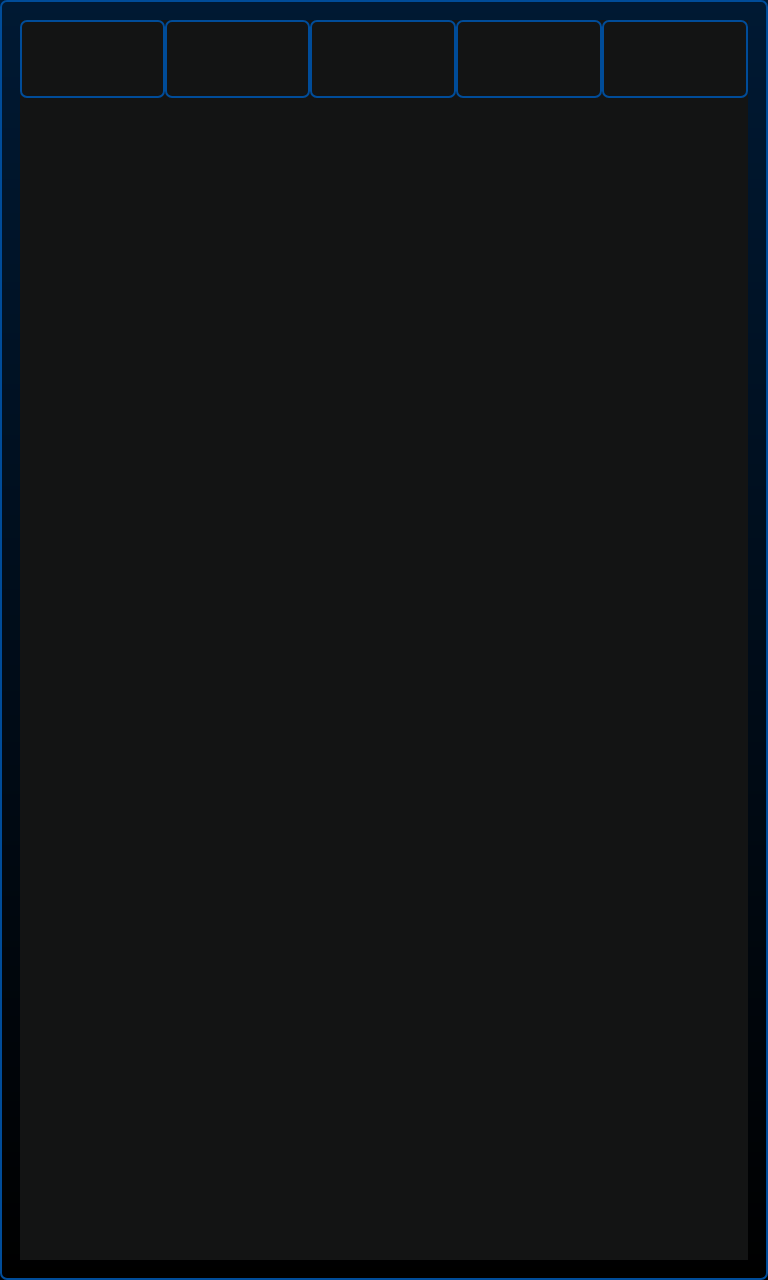
Repository: jasleen1291/B2BMobileApplication
Layout: Mobile E Commerce/B2B/res/layout/order_detail_list_view.xml
An editor plug-in stored every save of this project. The layout is shown before and after the next save, followed by the edit.
It is drawn on a 768 x 1280 px phone screen (xhdpi) without system bars, with theme mycustomtheme; the app's code is not run.

Above is the layout before, as saved 2013-05-25 23:34:18.

### Mobile E Commerce/B2B/res/layout/order_detail_list_view.xml
<?xml version="1.0" encoding="utf-8"?>
<LinearLayout xmlns:android="http://schemas.android.com/apk/res/android"
    android:layout_width="match_parent"
    android:layout_height="wrap_content"
    android:background="@drawable/textview_border"
    android:orientation="horizontal" >

    <TextView
        android:id="@+id/qty"
        android:background="@drawable/textview_border"
        android:layout_width="0dp"
        android:textIsSelectable="false"
        android:layout_height="wrap_content"
        android:layout_weight="1"
        />

    <TextView
        android:id="@+id/cost"
        android:background="@drawable/textview_border"
        android:layout_width="0dp"
        android:textIsSelectable="false"
        android:layout_height="wrap_content"
        android:layout_weight="1"
        />

    <TextView
        android:id="@+id/discount"
        android:background="@drawable/textview_border"
        android:textIsSelectable="false"
        android:layout_width="0dp"
        android:layout_height="wrap_content"
        android:layout_weight="1"
         />

    <TextView
        android:textIsSelectable="false"
        android:background="@drawable/textview_border"
        android:id="@+id/shipping"
        android:layout_width="0dp"
        android:layout_height="wrap_content"
        android:layout_weight="1"
       />

    <TextView
        android:textIsSelectable="false"
        android:background="@drawable/textview_border"
        android:id="@+id/sp"
        android:layout_width="0dp"
        android:layout_height="wrap_content"
        android:layout_weight="1"
         />

</LinearLayout>

### Mobile E Commerce/B2B/res/values/mycustomtheme.xml
<?xml version="1.0" encoding="utf-8"?>
<resources xmlns:android="http://schemas.android.com/apk/res/android">
    <style name="mycustomtheme" parent="@android:style/Theme.NoTitleBar.Fullscreen">
        <item name="android:windowBackground">@drawable/mybg</item>
       	<item name="android:textColor">#0066cc</item>
       	<item name="android:textColorHint">#51BFE2</item>
    </style>

</resources>

### Mobile E Commerce/B2B/res/drawable/mybg.xml
<?xml version="1.0" encoding="utf-8"?>
<layer-list  xmlns:android="http://schemas.android.com/apk/res/android">
    <item>
<shape android:shape="rectangle">



        <gradient android:startColor="#001933"  android:endColor="#000" android:angle="270"/>


</shape>
</item>
<item android:left="10dp" android:top="10dp" android:right="10dp" android:bottom="10dp">

<shape android:shape="rectangle">



        <solid android:color="#131414"></solid>


</shape>
</item>
</layer-list>

### Mobile E Commerce/B2B/res/drawable/textview_border.xml
<?xml version="1.0" encoding="utf-8"?>
<shape xmlns:android="http://schemas.android.com/apk/res/android" android:shape="rectangle">
    <corners android:radius="3dp"></corners>
	<stroke android:width="1dp" android:color="#004C99"/>
	<padding android:left="10dp" android:top="10dp" android:right="10dp" android:bottom="10dp"/>
</shape>

After the next save:
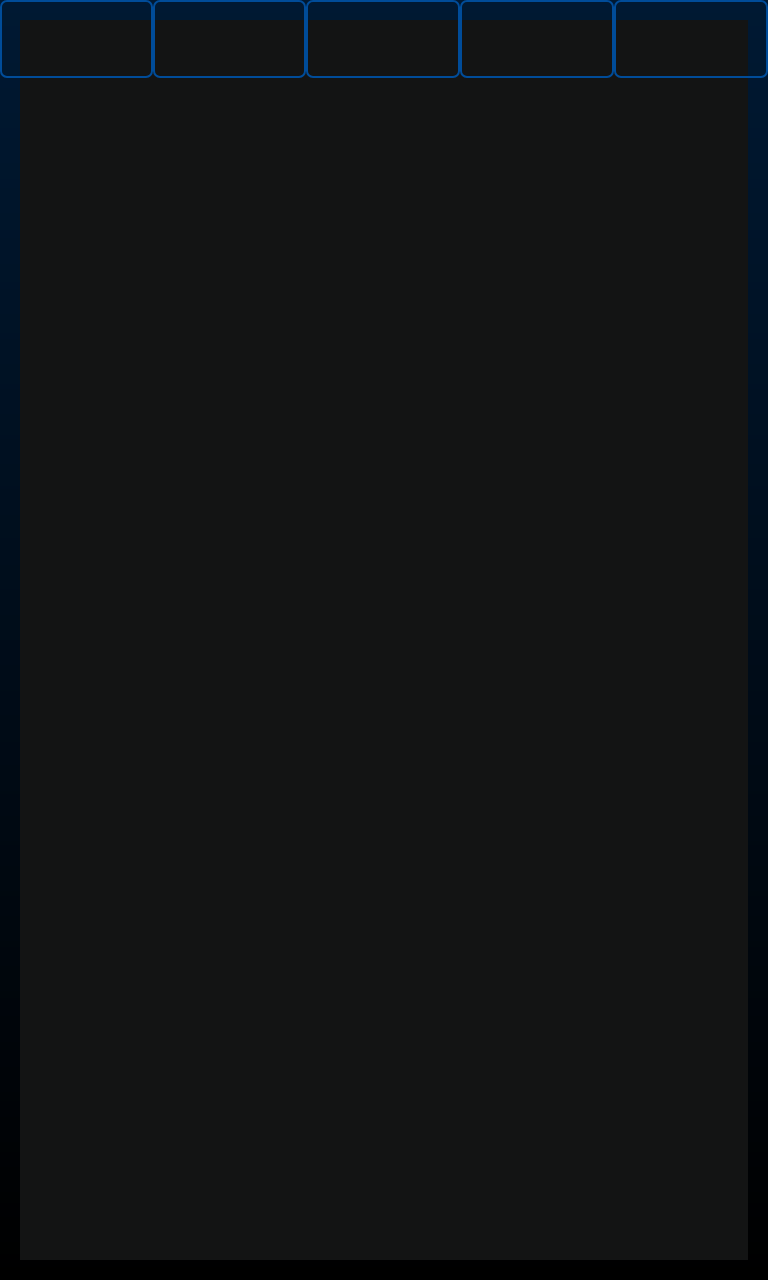
Saved 34 s later.
--- a/Mobile E Commerce/B2B/res/layout/order_detail_list_view.xml
+++ b/Mobile E Commerce/B2B/res/layout/order_detail_list_view.xml
@@ -2,7 +2,7 @@
 <LinearLayout xmlns:android="http://schemas.android.com/apk/res/android"
     android:layout_width="match_parent"
     android:layout_height="wrap_content"
-    android:background="@drawable/textview_border"
+
     android:orientation="horizontal" >
 
     <TextView
